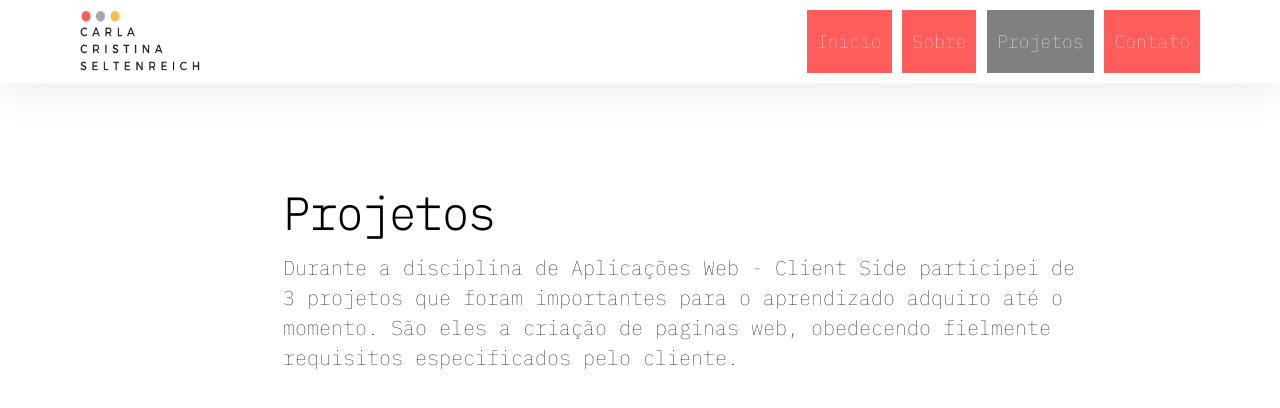
Repository: carla-seltenreich/portfolio
Page: project.html
These files come from the project's save history. The page is drawn as it stood at one moment and after the next save; the edit follows.
The browser window is 1280 px wide. The pictures show the whole page.

Above is the page before, as saved 2022-05-25 16:00:59.

### project.html
<!DOCTYPE html>
<html lang="en">

<head>
    <meta charset="UTF-8">
    <meta http-equiv="X-UA-Compatible" content="IE=edge">
    <meta name="viewport" content="width=device-width, initial-scale=1.0">
    <title>Carla Cristina Seltenreich</title>
    <link rel="preconnect" href="https://fonts.googleapis.com">
    <link rel="preconnect" href="https://fonts.gstatic.com" crossorigin>
    <link rel="stylesheet" href="style.css">

    <link href="preconnect" href="https://fonts.googleapis.com">
    <link rel="preconnect" href="https://fonts.gstatic.com" crossorigin>
    <link href="https://fonts.googleapis.com/css2?family=IBM+Plex+Mono:wght@100&family=Questrial&display=swap"
        rel="stylesheet">
</head>

<body>
    <header class="header">
        <div class="container header-container">
            <img src="Carla cristina sELTENREICH.jpg" alt="logo" class="brand">
            <ul class="nav">
                <li>
                    <a href="index.html">Inicio</a>
                </li>
                <li>
                    <a href="about.html">Sobre</a>
                </li>
                <li>
                    <a href="project.html" class="active">Projetos</a>
                </li>
                <li>
                    <a href="contact.html">Contato</a>
                </li>
            </ul>
        </div>
    </header>
    <div class="project">
        <h1 class="title-project">Projetos</h1>
        <p class="text-project">Durante a disciplina de Aplicações Web - Client Side participei de 3 projetos
            que foram importantes para o aprendizado adquiro até o momento.
            São eles a criação de paginas web, obedecendo fielmente requisitos especificados
            pelo cliente.
        </p>

    </div>
</body>
</html>

### style.css
body {
    font-family: 'IBM Plex Mono';
    font-size: 18px;
    padding-top: 120px;
    margin: 0;
}

.container {
    max-width: 1120px;
    margin: 0 auto;
}

.header {
    background: #fff;
    position: absolute;
    width: 100%;
    text-align: center;
    top: 0;
    z-index: 1;
    padding: 10px 0;
    box-shadow: 0 0 50px rgba(0, 0, 0, 0.1);
    box-sizing: border-box;
    align-items: center;
}

.brand {
    max-width: 120px;
}

.nav {
    margin: 0;
    padding: 0;
    list-style: none;
}

.nav li {
    background-color: #ff5c5c;
    display: inline-block;
}

.nav a {
    color: #fff;
    display: block;
    padding: 5px;
    text-decoration: none;
}

.nav a:hover {
    color: gray;

}

.nav a.active {
    color: #fff;
    background: gray;
}

.name {
    padding: 7px;
}

.name-title {
    text-align: center;
    font-size: 30px;
}


.photo-banner {
    background-color: #ff5c5c;
    width: 500px;
    display: block;
    max-width: 100%;
    margin: 0 auto;
    border-radius: 8px;
}

.lastest-projects-home {
    background-color: #ff5c5c;
    color: #fff;
    padding: 50px;
    position: center;
}

.logo-project {
    width: 30px;
    height: 30px;
}

.text-about-home {
    text-align: center;
}

.title-project {
    position: absolute;
    width: 800px;
    height: 57px;
    left: 283px;
    top: 156px;

    font-style: normal;
    font-weight: 600;
    font-size: 44px;
    line-height: 57px;
    display: flex;
    align-items: center;
}
.text-project {
    position: absolute;
width: 800px;
height: 120px;
left: 283px;
top: 233px;
font-weight: 400;
font-size: 20px;
line-height: 30px;
/* or 200% */

display: flex;
align-items: center;

color: black;
}

.footer {
    color: #fff;
    background: grey;
    padding: 30px 0;
    text-align: center;
}

.footer-container {
    display: block;
    justify-content: center;
}

.footer-contact a {
    display: block;
    color: #fff;
    text-decoration: none;
}

.footer-social-medias {}

.social-medias li {
    display: inline-block;
}

.social-meidas a {
    display: block;
    font-size: 25px;
    padding: 20px 10px;

}

.logo-socialmedia {
    width: 20px;
    padding: 10px;
}

.footer-contact address {
    margin-bottom: 20px;
}

.copyright {
    font-size: 12px;
    margin-top: 20px;
}

@media screen and (min-width: 768px) {
    body {
        padding-top: 80px;
    }

    .header-container {
        display: flex;
        justify-content: space-between;
    }

    .nav a {
        padding: 20px 10px;
    }
}

After the next save:
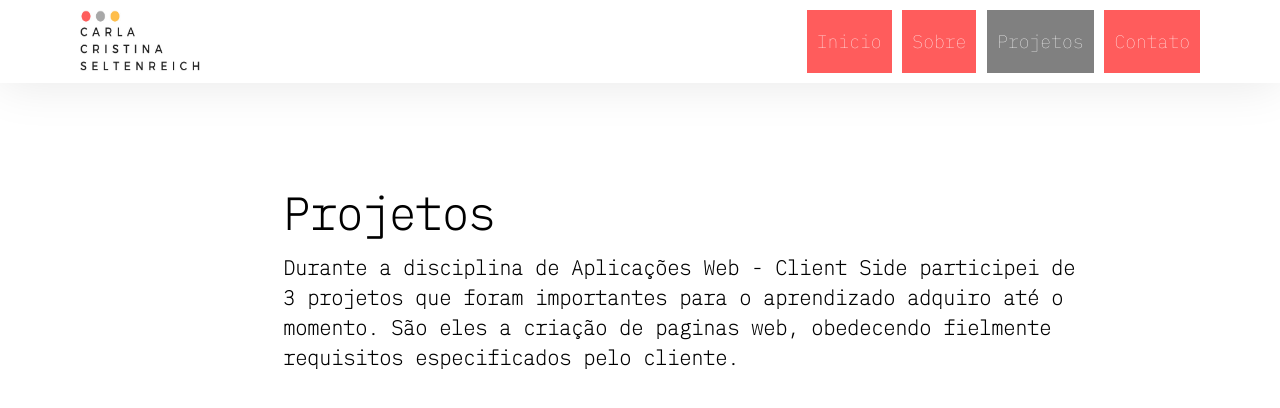
Saved 77 s later.
--- a/project.html
+++ b/project.html
@@ -38,11 +38,11 @@
     </header>
     <div class="project">
         <h1 class="title-project">Projetos</h1>
-        <p class="text-project">Durante a disciplina de Aplicações Web - Client Side participei de 3 projetos
+        <p class="text-project"><strong>Durante a disciplina de Aplicações Web - Client Side participei de 3 projetos
             que foram importantes para o aprendizado adquiro até o momento.
             São eles a criação de paginas web, obedecendo fielmente requisitos especificados
             pelo cliente.
-        </p>
+        </strong></p>
 
     </div>
 </body>
